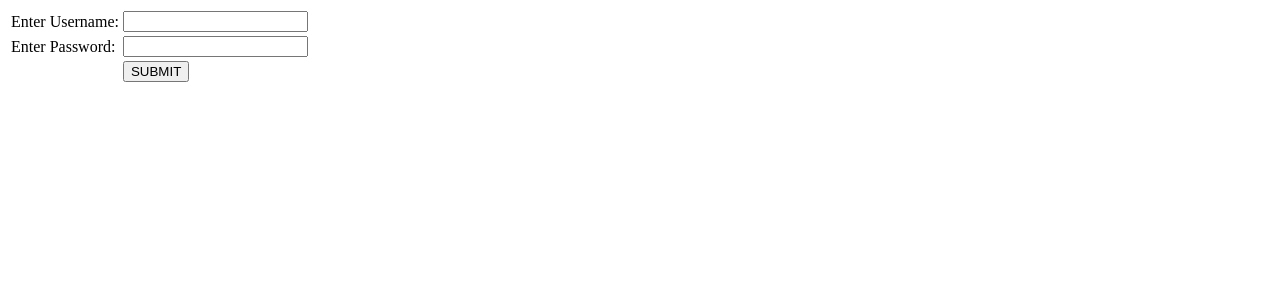
Repository: Gunjan1908/AdvanceJava
Page: http://localhost/HibernateWebApp/
An editor plug-in stored every save of this project. The page is shown before and after the next save, followed by the edit.
The browser window is 1280 px wide. The pictures show the whole page.
The page is served by Tomcat 9.

Above is the page before, as saved 2023-11-29 04:05:54.

After the next save:
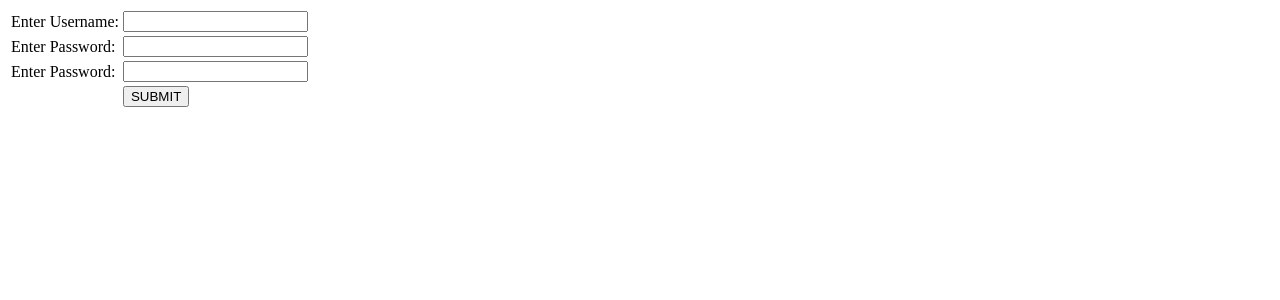
Saved 20 s later.
--- a/HibernateWebApp/WebContent/index.jsp
+++ b/HibernateWebApp/WebContent/index.jsp
@@ -18,6 +18,10 @@
 <td><input type="password" name="txtPassword"></td>
 </tr>
 <tr>
+<td>Enter Password:</td>
+<td><input type="email" name="txtPassword"></td>
+</tr>
+<tr>
 <td></td>
 <td><input type="submit" value="SUBMIT"></td>
 </tr>
